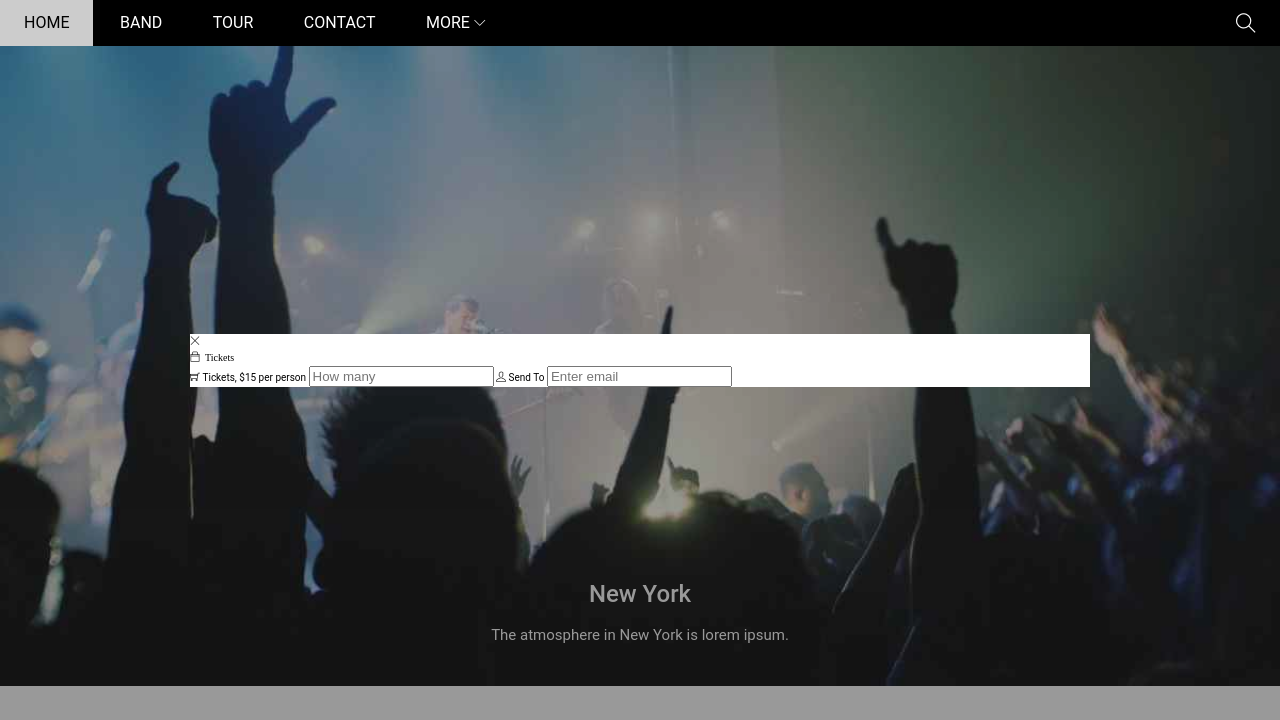
Repository: vuongld315/myLandingPage
Page: index.html
These files come from the project's save history. The page is drawn as it stood at one moment and after the next save; the edit follows.
The browser window is 1280 px wide. The pictures show the window.
A layer covers the whole window, so only the first screen is drawn.

Above is the page before, as saved 2022-07-27 11:29:17.

After the next save:
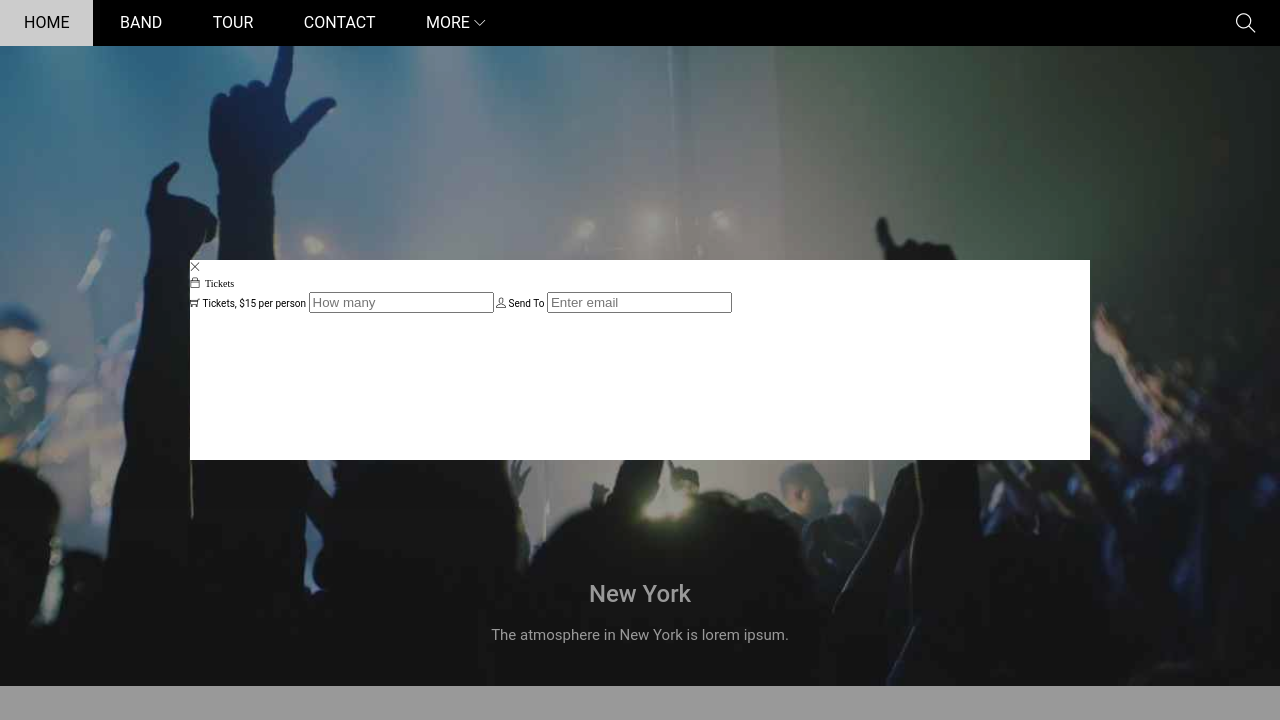
Saved 19 min 36 s later.
--- a/assets/css/main.css
+++ b/assets/css/main.css
@@ -280,7 +280,7 @@ body    {
 .modal-container    {
     background-color: #fff;
     width: 900px;
-    min-width: 200px;
+    min-height: 200px;
 }
 
 
